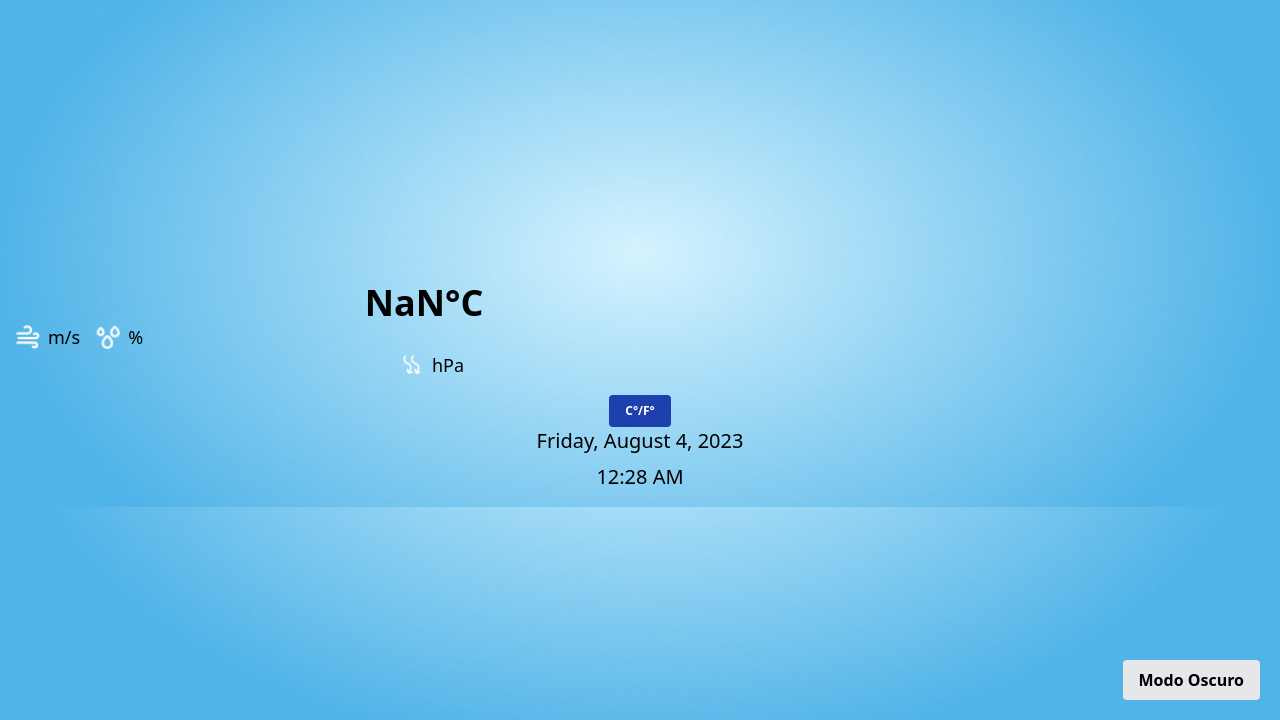
Repository: LukasMoyano/WeatherApp-_-LukasMoyano-_-V-_4.0_6.6.6
Page: /
These files come from the project's save history. The page is drawn as it stood at one moment and after the next save; the edit follows.
The browser window is 1280 px wide. The pictures show the whole page.
The page's requests for data from a server got no answer. The project was rebuilt for these pictures with package versions that can differ from the ones it lists, and the page was loaded fresh each time. No one was signed in, and anything a server would have sent is missing. Also part of the build but not shown: vite.config.js.

Above is the page before, as saved 2023-08-06 22:03:05.

### index.html
<!DOCTYPE html>
<html lang="en">
  <head>
    <meta charset="UTF-8" />
    <link rel="icon" type="image/png" href="thor-hammer.png">
    <meta name="viewport" content="width=device-width, initial-scale=1.0" />
    <title>WeatherApp - LukasMoyano-_-V-_2.1.1</title>
  </head>
  <body>
    <div id="root"></div>
    <script type="module" src="/src/main.jsx"></script>
  </body>
</html>

### src/main.jsx
import React from 'react'
import ReactDOM from 'react-dom/client'
import App from "/src/App.jsx";

ReactDOM.createRoot(document.getElementById('root')).render(
  <React.StrictMode>
    <App />
  </React.StrictMode>,
)

### src/App.jsx
import { useEffect, useState } from "react";
import axios from "axios";
import Weather from "./components/Weather";
import "./App.css";

function App() {
  const [weatherInfo, setWeatherInfo] = useState(null);
  const [isDarkMode, setIsDarkMode] = useState(false);
  const backgroundImage = isDarkMode ? "image002_Dark%20version.jpg" : "image001_LightVersion.jpg";

  useEffect(() => {
    navigator.geolocation.getCurrentPosition(success);
  }, []);

  const success = (pos) => {
    console.log(pos);

    const lat = pos.coords.latitude;
    const lon = pos.coords.longitude;
    console.log({ lat, lon });

    const API_KEY = "f61630c5193995d939b6b8024057b009";

    const url = `https://api.openweathermap.org/data/2.5/weather?lat=${lat}&lon=${lon}&appid=${API_KEY}`;

    console.log(url);

    axios
      .get(url)
      .then(({ data }) => setWeatherInfo(data))
      .catch((err) => console.log(err));
  };

  const toggleDarkMode = () => {
    setIsDarkMode(!isDarkMode);
  };

  return (
    <div className={`min-h-screen ${isDarkMode ? "dark" : ""}`}>
      <main
        className={`min-h-screen font-lato relative ${
          isDarkMode ? "bg-black bg-opacity-50 text-white" : "bg-white bg-opacity-70 text-black"
        }`}
        style={{
          backgroundImage: `url(public/background/${backgroundImage})`,
          backgroundSize: "cover",
          backgroundPosition: "center",
        }}
      >
        <Weather weatherInfo={weatherInfo} isDarkMode={isDarkMode} />
        <button
          onClick={toggleDarkMode}
          className={`absolute bottom-5 right-5 px-4 py-2 font-bold rounded ${
            isDarkMode ? "bg-gray-800 text-white" : "bg-gray-200 text-black"
          }`}
        >
          {isDarkMode ? "Modo Claro" : "Modo Oscuro"}
        </button>
      </main>
    </div>
  );
}

export default App;

### src/components/Weather.jsx
import { useState } from "react";

const Weather = ({ weatherInfo, isDarkMode }) => {
  const [isCelsius, setIsCelsius] = useState(true);

  const toggleTemperatureUnit = () => {
    setIsCelsius(!isCelsius);
  };

  const convertTemperature = (temperature) => {
    if (isCelsius) {
      return Math.round(temperature - 273.15) + "°C";
    } else {
      return Math.round(((temperature - 273.15) * 9) / 5 + 32) + "°F";
    }
  };

  const getCurrentDateTime = () => {
    const currentDate = new Date();
    const options = {
      weekday: "long",
      day: "numeric",
      month: "long",
      year: "numeric",
    };
    const date = currentDate.toLocaleDateString(undefined, options);
    const time = currentDate.toLocaleTimeString(undefined, {
      hour: "numeric",
      minute: "numeric",
    });
    return { date, time };
  };

  const { date, time } = getCurrentDateTime();

  return (
    <div
      className={`my-auto mx-auto items-center justify-center p-4 rounded-lg text-center ${
        isDarkMode
          ? "bg-black bg-opacity-50 text-white"
          : "bg-white bg-opacity-70 text-black"
      }`}
      style={{
        backgroundImage: `url(${
          isDarkMode
            ? "public/background/image002_Dark version.jpg"
            : "public/background/image001_LightVersion.jpg"
        })`,
        backgroundSize: "cover",
        backgroundPosition: "center",
      }}
    >
      <div className="relative w-337 h-231 flex-shrink-0">
        <svg
          xmlns="http://www.w3.org/2000/svg"
          width="345"
          height="235"
          viewBox="0 0 345 235"
          fill="none"
        >
          {/* SVG path and definitions */}
        </svg>
      </div>

      <div className="flex flex-col md:flex-row md:items-start mt-4">

        <div className="md:w-2/3 md:mr-4">
          <h2 className="text-2xl font-bold mb-4">{weatherInfo?.name}</h2>
          <div className="flex items-center justify-center">
            <span className="text-4xl font-bold">{convertTemperature(weatherInfo?.main.temp)}</span>
            <div className="relative ml-4">
              {weatherInfo?.weather[0].icon ? (
                <img
                  src={`https://openweathermap.org/img/wn/${weatherInfo?.weather[0].icon}@4x.png`}
                  alt="Weather Icon"
                  className="mx-auto h-24"
                />
              ) : null}
              <div className="absolute inset-0 bg-white opacity-50 rounded-lg"></div>
            </div>
          </div>
          <h3 className="">{weatherInfo?.weather[0].description}</h3>


          <section className="grid grid-cols-3 gap-4 md:flex md:flex-row md:items-center">
            <article className="flex items-center justify-center flex-col">
              <div className="flex items-center">
                <img src="./images/wind.png" alt="Wind Icon" className="w-6 h-6 mr-2" />
                <span className="text-lg">{weatherInfo?.wind.speed}m/s</span>
              </div>
            </article>

            <article className="flex items-center justify-center flex-col">
              <div className="flex items-center">
                <img src="./images/humidity.png" alt="Humidity Icon" className="w-6 h-6 mr-2" />
                <span className="text-lg">{weatherInfo?.main.humidity}%</span>
              </div>
            </article>


          </section>


          <article className="flex items-center justify-center flex-col">
              <div className="flex items-center">
                <img src="./images/pressure.png" alt="Pressure Icon" className="w-6 h-6 mr-2" />
                <span className="text-lg">{weatherInfo?.main.pressure}hPa</span>
              </div>
            </article>


        </div>
      </div>

      <button
            onClick={toggleTemperatureUnit}
            className={`bg-blue-800 hover:bg-blue-700 text-white font-bold py-2 px-4 rounded mt-4 mx-auto block text-xs ${
              isDarkMode ? "bg-opacity-70" : "bg-opacity-100"
            }`}
          >
            C°/F°
          </button>

      <p className="text-xl mb-2">{date}</p>
      <p className="text-xl">{time}</p>
    </div>
  );
};

export default Weather;

### src/App.css
@import 'tailwindcss/base';
@import 'tailwindcss/components';
@import 'tailwindcss/utilities';

### tailwind.config.js
/** @type {import('tailwindcss').Config} */
export default {
  content: [
    "./index.html",
    "./src/**/*.{js,ts,jsx,tsx}",
  ],
  theme: {
    extend: {},
    fontFamily: {
      Lato: ["Lato", "Sans-Serif"]
    }
  },
  plugins: [],

}

After the next save:
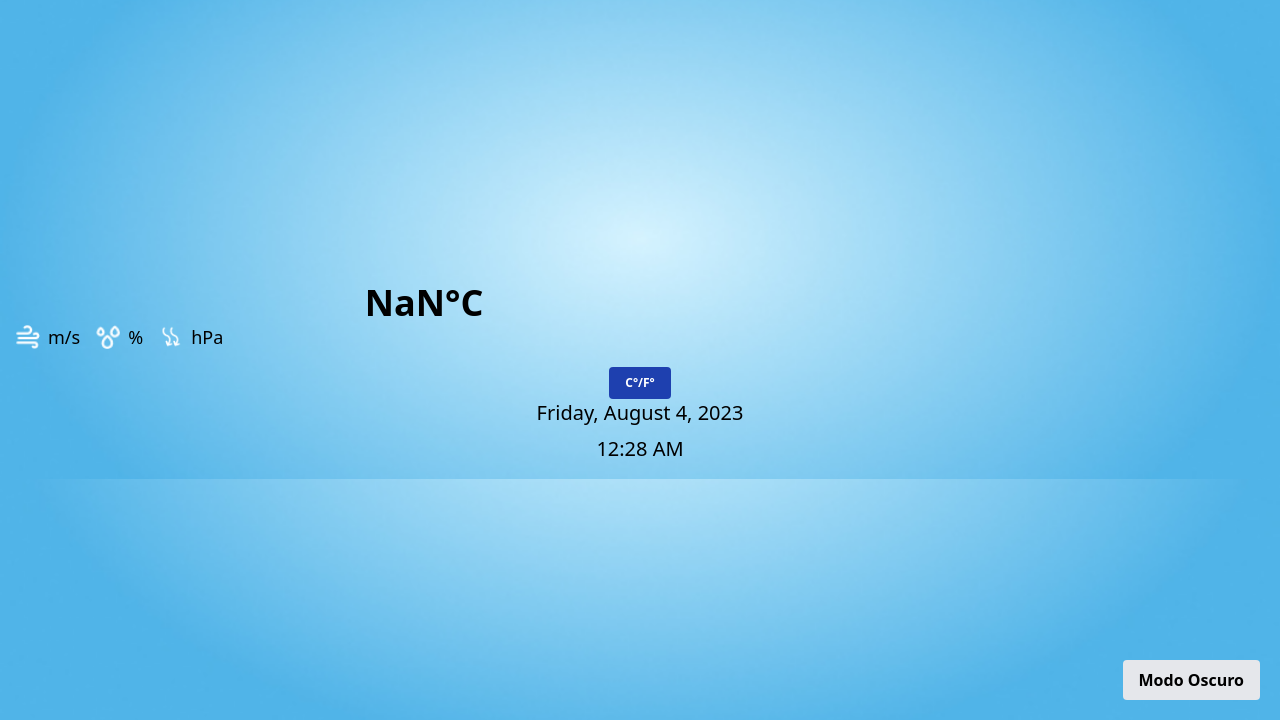
Saved 5 min 59 s later.
--- a/src/components/Weather.jsx
+++ b/src/components/Weather.jsx
@@ -1,4 +1,4 @@
-import { useState } from "react";
+import React, { useState } from "react";
 
 const Weather = ({ weatherInfo, isDarkMode }) => {
   const [isCelsius, setIsCelsius] = useState(true);
@@ -63,11 +63,12 @@ const Weather = ({ weatherInfo, isDarkMode }) => {
       </div>
 
       <div className="flex flex-col md:flex-row md:items-start mt-4">
-
         <div className="md:w-2/3 md:mr-4">
           <h2 className="text-2xl font-bold mb-4">{weatherInfo?.name}</h2>
           <div className="flex items-center justify-center">
-            <span className="text-4xl font-bold">{convertTemperature(weatherInfo?.main.temp)}</span>
+            <span className="text-4xl font-bold">
+              {convertTemperature(weatherInfo?.main.temp)}
+            </span>
             <div className="relative ml-4">
               {weatherInfo?.weather[0].icon ? (
                 <img
@@ -81,45 +82,51 @@ const Weather = ({ weatherInfo, isDarkMode }) => {
           </div>
           <h3 className="">{weatherInfo?.weather[0].description}</h3>
 
-
           <section className="grid grid-cols-3 gap-4 md:flex md:flex-row md:items-center">
             <article className="flex items-center justify-center flex-col">
               <div className="flex items-center">
-                <img src="./images/wind.png" alt="Wind Icon" className="w-6 h-6 mr-2" />
+                <img
+                  src="./images/wind.png"
+                  alt="Wind Icon"
+                  className="w-6 h-6 mr-2"
+                />
                 <span className="text-lg">{weatherInfo?.wind.speed}m/s</span>
               </div>
             </article>
 
             <article className="flex items-center justify-center flex-col">
               <div className="flex items-center">
-                <img src="./images/humidity.png" alt="Humidity Icon" className="w-6 h-6 mr-2" />
+                <img
+                  src="./images/humidity.png"
+                  alt="Humidity Icon"
+                  className="w-6 h-6 mr-2"
+                />
                 <span className="text-lg">{weatherInfo?.main.humidity}%</span>
               </div>
             </article>
 
-
-          </section>
-
-
-          <article className="flex items-center justify-center flex-col">
+            <article className="flex items-center justify-center flex-col">
               <div className="flex items-center">
-                <img src="./images/pressure.png" alt="Pressure Icon" className="w-6 h-6 mr-2" />
+                <img
+                  src="./images/pressure.png"
+                  alt="Pressure Icon"
+                  className="w-6 h-6 mr-2"
+                />
                 <span className="text-lg">{weatherInfo?.main.pressure}hPa</span>
               </div>
             </article>
-
-
+          </section>
         </div>
       </div>
 
       <button
-            onClick={toggleTemperatureUnit}
-            className={`bg-blue-800 hover:bg-blue-700 text-white font-bold py-2 px-4 rounded mt-4 mx-auto block text-xs ${
-              isDarkMode ? "bg-opacity-70" : "bg-opacity-100"
-            }`}
-          >
-            C°/F°
-          </button>
+        onClick={toggleTemperatureUnit}
+        className={`bg-blue-800 hover:bg-blue-700 text-white font-bold py-2 px-4 rounded mt-4 mx-auto block text-xs ${
+          isDarkMode ? "bg-opacity-70" : "bg-opacity-100"
+        }`}
+      >
+        C°/F°
+      </button>
 
       <p className="text-xl mb-2">{date}</p>
       <p className="text-xl">{time}</p>
